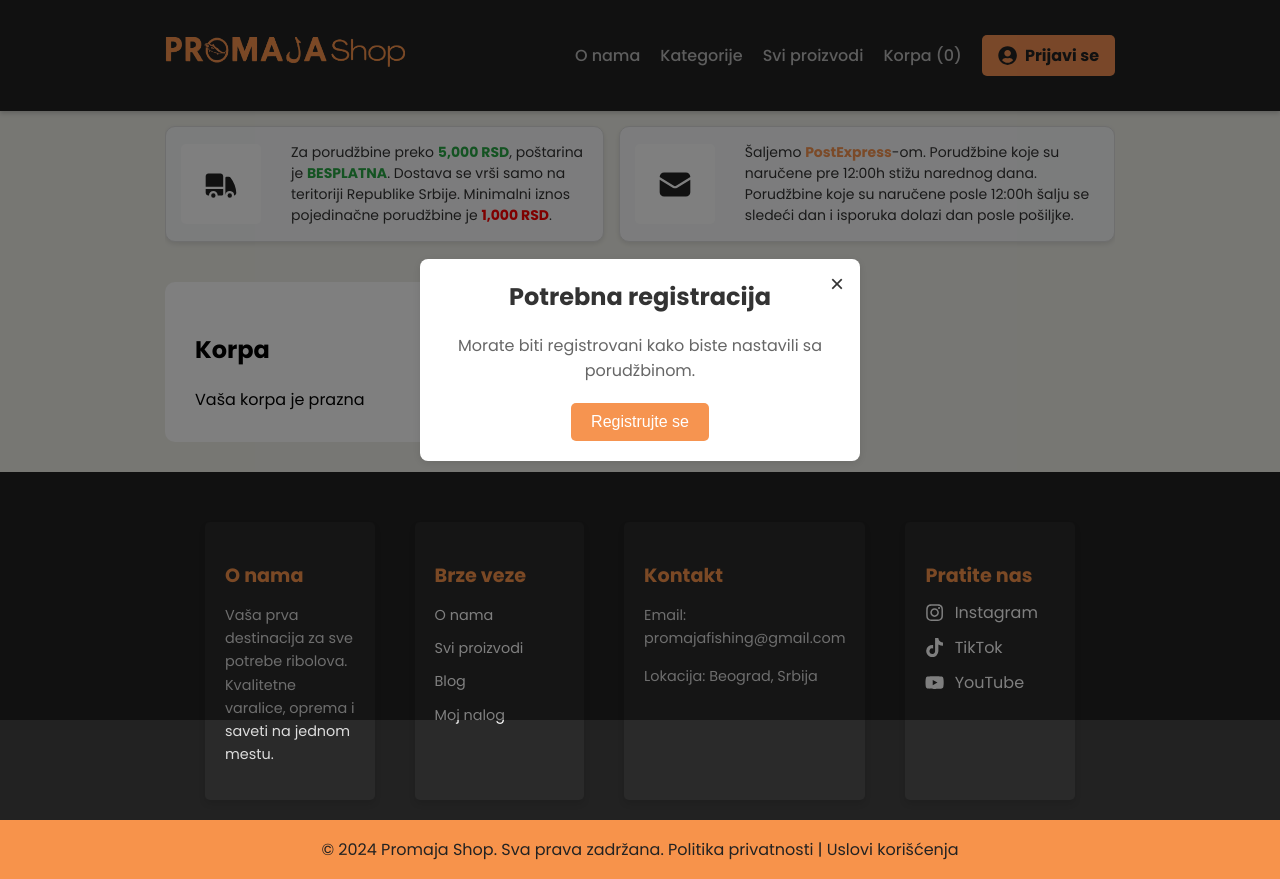
Repository: dimitrijekokovic/PromajaShopFront
Page: /cart
An editor plug-in stored every save of this project. The page is shown before and after the next save, followed by the edit.
The browser window is 1280 px wide. The pictures show the whole page.
The page's requests for data from a server got no answer. The project was rebuilt for these pictures with package versions that can differ from the ones it lists, and the page was loaded fresh each time. The framework's server and built-in components were replaced by stand-ins that run in the browser. No one was signed in, and anything a server would have sent is missing. Also part of the build but not shown: next.config.js, next.config.mjs, lib/colors.js, components/Button.js, components/Table.js, components/Input.js.

Above is the page before, as saved 2025-02-05 02:08:32.

### pages/_app.js
import React, { useEffect } from "react";
import { SessionProvider } from "next-auth/react";
import { CartContextProvider } from "@/components/CartContext";
import AOS from "aos";
import "aos/dist/aos.css";
import { AnimatePresence, motion } from "framer-motion";
import { createGlobalStyle } from "styled-components";


const GlobalStyles = createGlobalStyle`
  body {
    background-color: #EFEFE8;
    padding: 0;
    margin: 0;
    font-family: 'Poppins', sans-serif;
  }
`;

export default function App({ Component, pageProps, router }) {
  useEffect(() => {
    AOS.init({
      duration: 1200, // Trajanje animacija
      once: true, // Animacije se dešavaju samo jednom
    });
  }, []);

  return (
    <>
    <GlobalStyles />
    <SessionProvider session={pageProps.session}>
      <CartContextProvider>
        <AnimatePresence mode="wait">
          <motion.div
             key={router.route}
             initial={{ opacity: 0, }}
             animate={{ opacity: 1, }}
             exit={{ opacity: 0 }}
             transition={{ duration: 0.3 }}
          >
            <Component {...pageProps} />
          </motion.div>
        </AnimatePresence>
      </CartContextProvider>
    </SessionProvider>
    </>
  );
}

### pages/_document.js
import Document, { Html, Head, Main, NextScript } from "next/document";
import { ServerStyleSheet } from "styled-components";

export default class MyDocument extends Document {
  static async getInitialProps(ctx) {
    const sheet = new ServerStyleSheet();
    const originalRenderPage = ctx.renderPage;

    try {
      ctx.renderPage = () =>
        originalRenderPage({
          enhanceApp: (App) => (props) =>
            sheet.collectStyles(<App {...props} />),
        });

      const initialProps = await Document.getInitialProps(ctx);
      return {
        ...initialProps,
        styles: (
          <>
            {initialProps.styles}
            {sheet.getStyleElement()}
          </>
        ),
      };
    } finally {
      sheet.seal();
    }
  }

  render() {
    return (
      <Html lang="en">
        <Head>
          <link
            href="https://fonts.googleapis.com/css2?family=Poppins:wght@400;500;700&display=swap'"
            rel="stylesheet"
          />
        </Head>
        <body>
          <Main />
          <NextScript />
        </body>
      </Html>
    );
  }
}

### components/Center.js
import { Children } from "react";
import styled from "styled-components";

const StyledDiv = styled.div`
  max-width: 950px;
  margin: 0 auto;
  padding: 0;
  overflow: hidden;
  width: 100%;

  @media (max-width: 768px) {
    max-width: 100%;

  }
`;

export default function Center({ children }) {
  return <StyledDiv>{children}</StyledDiv>;
}

### components/Modal.js
import styled from "styled-components";

const Overlay = styled.div`
  position: fixed;
  top: 0;
  left: 0;
  width: 100%;
  height: 100%;
  background: rgba(0, 0, 0, 0.5);
  display: flex;
  justify-content: center;
  align-items: center;
  z-index: 1000;
`;

const ModalContent = styled.div`
  background: white;
  border-radius: 8px;
  padding: 20px;
  width: 90%;
  max-width: 400px;
  text-align: center;
  box-shadow: 0 2px 10px rgba(0, 0, 0, 0.1);
  position: relative;
`;

export const ModalHeader = styled.h2`
  margin-top: 0;
  color: #333;
`;

export const ModalText = styled.p`
  color: #666;
  font-size: 1rem;
  margin: 15px 0;
  text-align: center;
`;

export const ButtonWrapper = styled.div`
  display: flex;
  justify-content: center;
  gap: 10px;
  margin-top: 20px;
`;

export const ModalButton = styled.button`
  background: ${({ primary }) => (primary ? "#F69450" : "#F69150")};
  color: ${({ primary }) => (primary ? "#fff" : "#333")};
  border: none;
  border-radius: 5px;
  padding: 10px 20px;
  cursor: pointer;
  font-size: 1rem;
  transition: background 0.3s;

  &:hover {
    background: ${({ primary }) => (primary ? "#d6d6d6" : "#bbb")};
  }
`;

const CloseButton = styled.button`
    position: absolute;
    top: 10px;
    right: 10px;
    background: none;
    border: none;
    font-size: 1.5rem;
    cursor: pointer;
    color: #333;

    &:hover {
    color: #ff0000;
    }
`;

export default function Modal({ show, onClose, children }) {
  if (!show) return null;

  return (
    <Overlay onClick={onClose}>
      <ModalContent onClick={(e) => e.stopPropagation()}>
        <CloseButton onClick={onClose}>&times;</CloseButton>
        {children}
      </ModalContent>
    </Overlay>
  );
}

### components/CategoriesDropdown.js
import { useEffect, useState } from "react";
import styled from "styled-components";
import Link from "next/link";

const DropdownContainer = styled.div`
  position: relative;
`;

const Trigger = styled.div`
  cursor: pointer;
  color: ${(props) => (props.isActive ? "#ffa500" : "#bbbbbb")};
  font-size: 16px;
  font-weight: 500;

  &:hover {
    color: #fff;
  }

  @media (max-width: 768px) {
    font-size: 18px;
    padding: 10px;
    text-align: left;
  }
`;
const DropdownMenu = styled.ul`
  position: absolute;
  top: 100%;
  left: 0;
  background: #333;
  padding: 15px 20px;
  border-radius: 8px;
  box-shadow: 0 8px 15px rgba(0, 0, 0, 0.2);
  list-style: none;
  z-index: 10;
  display: ${(props) => (props.isOpen ? "block" : "none")};
  width: 250px;

  li {
    margin: 10px 0;
    font-size: 16px;
    position: relative;

    &:hover > ul {
      display: block;
    }
  }

  a {
    color: #fff;
    text-decoration: none;
    font-size: 15px;
    transition: all 0.3s ease-in-out;

    &:hover {
      color: #f7934b;
    }
  }

  @media (max-width: 768px) {
    display: none;
  }
`;

const SubMenu = styled.ul`
  position: absolute;
  top: 0;
  left: 100%;
  background: #444;
  padding: 10px 15px;
  border-radius: 8px;
  box-shadow: 0 8px 15px rgba(0, 0, 0, 0.2);
  list-style: none;
  display: none;
  width: 200px;

  li {
    margin-bottom: 10px;
  }

  a {
    color: #fff;
    text-decoration: none;
    font-size: 15px;

    &:hover {
      color: #f7934b;
    }
  }

  @media (max-width: 768px) {
    position: static;
    width: 100%;
    padding: 0;
    background: none;
    border: none;
    box-shadow: none;
  }
`;

const MobileMenu = styled.div`
  position: fixed;
  top: 0;
  left: 0;
  width: 100%;
  height: 100%;
  background: rgba(0, 0, 0, 0.95);
  color: #fff;
  z-index: 20;
  overflow-y: auto;
  padding: 20px;
  display: flex;
  flex-direction: column;
  align-items: flex-start;

  @media (min-width: 769px) {
    display: none;
  }

  button {
    position: absolute;
    top: 10px;
    right: 20px;
    background: none;
    border: none;
    color: #ffa500;
    font-size: 24px;
    font-weight: bold;
    cursor: pointer;
  }

  ul {
    list-style: none;
    padding: 0;
    margin: 0;
    text-align: left;
    width: 100%;
  }

  li {
    margin: 15px 0;
  }

  a {
    color: #fff;
    text-decoration: none;
    font-size: 18px;
    font-weight: bold;

    &:hover {
      color: #ffa500;
    }
  }
`;

const BackButton = styled.button`
  background: none;
  border: none;
  color: #ffa500;
  font-size: 18px;
  font-weight: bold;
  cursor: pointer;

  position: absoulte;
  left: 20px;
  top: 20px; /* Razmak od vrha */
`;

const CloseButton = styled.button`
  background: none;
  border: none;
  color: #ffa500;
  font-size: 18px;
  font-weight: bold;
  cursor: pointer;
  position: absolute;
  right: ;
  top: 20px; /* Razmak od vrha */
`;

export default function CategoriesDropdown() {
  const [categories, setCategories] = useState([]);
  const [isOpen, setIsOpen] = useState(false);
  const [currentMenu, setCurrentMenu] = useState("main"); // Track current menu (main or subcategories)
  const [showMobileMenu, setShowMobileMenu] = useState(false);
  let timeoutId;

  useEffect(() => {
    const fetchCategories = async () => {
      try {
        const res = await fetch("/api/categories");
        const data = await res.json();
        setCategories(data);
      } catch (error) {
        console.error("Greška pri učitavanju kategorija:", error);
      }
    };
    fetchCategories();
  }, []);

  const mainCategories = categories.filter((cat) => !cat.parent);

  const handleMouseEnter = () => {
    clearTimeout(timeoutId);
    setIsOpen(true);
  };

  const handleMouseLeave = () => {
    timeoutId = setTimeout(() => setIsOpen(false), 50);
  };

  const renderMenuItems = () => {
    if (currentMenu === "main") {
      return mainCategories.map((mainCategory) => (
        <li key={mainCategory._id}>
          <a
            href="#"
            onClick={(e) => {
              e.preventDefault();
              const hasSubcategories = categories.some(
                (cat) => cat.parent?._id === mainCategory._id
              );
              if (hasSubcategories) {
                setCurrentMenu(mainCategory._id);
              } else {
                setShowMobileMenu(false); // Zatvara hamburger meni
              }
            }}
          >
            {mainCategory.name}
          </a>
        </li>
      ));
    } else {
      const subCategories = categories.filter(
        (cat) => cat.parent?._id === currentMenu
      );
      return (
        <>
          <BackButton onClick={() => setCurrentMenu("main")}>← Nazad</BackButton>
          {subCategories.map((subCategory) => (
            <li key={subCategory._id}>
              <Link
                href={`/categories/${subCategory.slug}`}
                onClick={() => {
                  setShowMobileMenu(false); // Zatvara hamburger meni
                  setCurrentMenu("main"); // Resetuje meni na glavni
                }}
              >
                {subCategory.name}
              </Link>
            </li>
          ))}
        </>
      );
    }
  };

  return (
    <>
      <DropdownContainer
        onMouseEnter={handleMouseEnter}
        onMouseLeave={handleMouseLeave}
      >
        <Trigger onClick={() => setShowMobileMenu(true)}>Kategorije</Trigger>
        <DropdownMenu isOpen={isOpen}>{renderMenuItems()}</DropdownMenu>
      </DropdownContainer>

      {showMobileMenu && (
        <MobileMenu>
          <CloseButton  onClick={() => setShowMobileMenu(false)}>× Zatvori</CloseButton >
          <ul>{renderMenuItems()}</ul>
        </MobileMenu>
      )}
    </>
  );
}

Loaded but not shown: pages/cart.js (452 lines, source omitted); components/Footer.js (201 lines, source omitted); components/Header.js (162 lines, source omitted); components/CartContext.js (81 lines, source omitted)

After the next save:
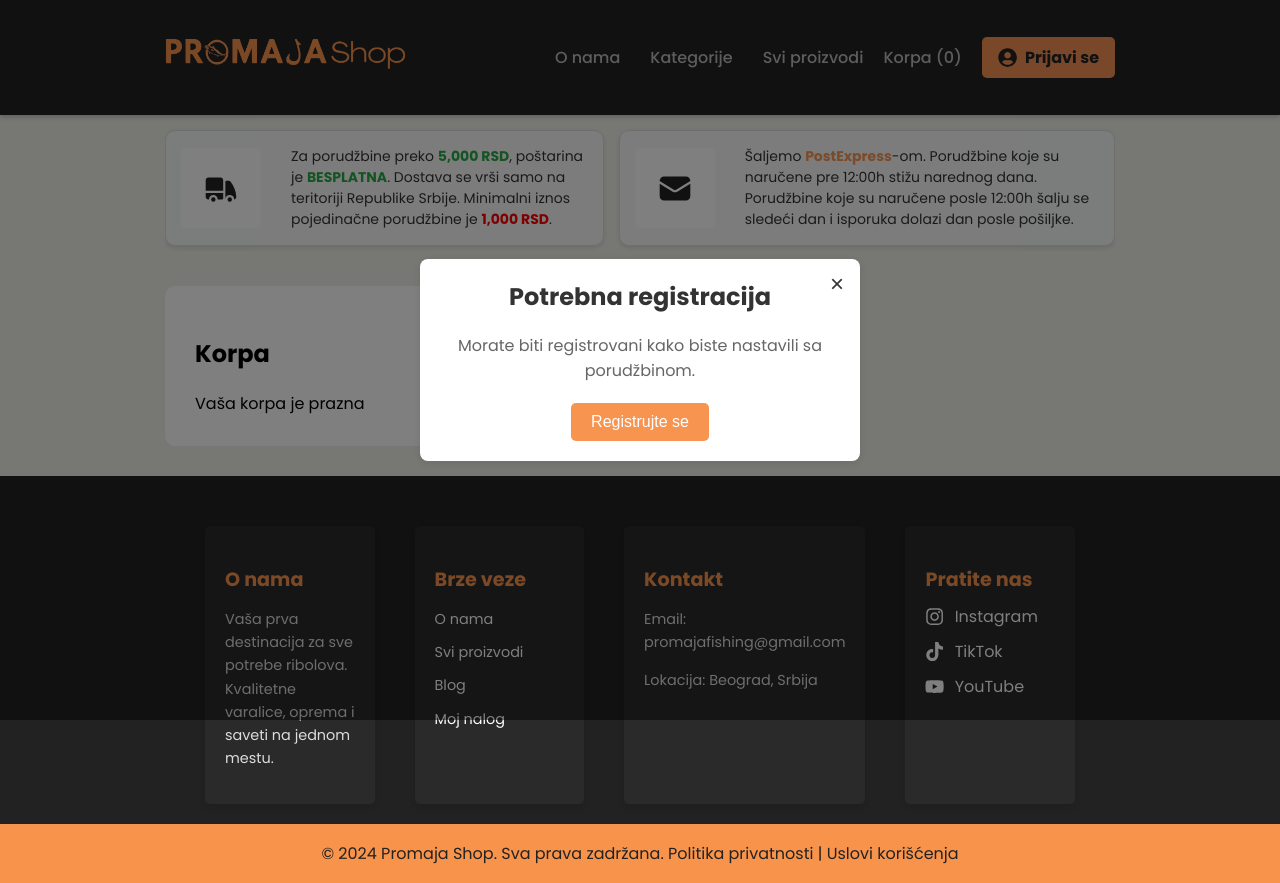
Saved 5 min 25 s later.
--- a/components/CategoriesDropdown.js
+++ b/components/CategoriesDropdown.js
@@ -1,9 +1,10 @@
-import { useEffect, useState } from "react";
+import { useEffect, useState, useRef } from "react";
 import styled from "styled-components";
 import Link from "next/link";
 
 const DropdownContainer = styled.div`
   position: relative;
+  display: inline-block;
 `;
 
 const Trigger = styled.div`
@@ -11,6 +12,8 @@
   color: ${(props) => (props.isActive ? "#ffa500" : "#bbbbbb")};
   font-size: 16px;
   font-weight: 500;
+  padding: 10px;
+  user-select: none;
 
   &:hover {
     color: #fff;
@@ -22,6 +25,7 @@
     text-align: left;
   }
 `;
+
 const DropdownMenu = styled.ul`
   position: absolute;
   top: 100%;
@@ -31,9 +35,11 @@
   border-radius: 8px;
   box-shadow: 0 8px 15px rgba(0, 0, 0, 0.2);
   list-style: none;
-  z-index: 10;
-  display: ${(props) => (props.isOpen ? "block" : "none")};
+  z-index: 9999;
   width: 250px;
+  opacity: ${(props) => (props.$isOpen ? "1" : "0")};
+  visibility: ${(props) => (props.$isOpen ? "visible" : "hidden")};
+  transition: opacity 0.3s ease-in-out, visibility 0.3s ease-in-out;
 
   li {
     margin: 10px 0;
@@ -159,10 +165,9 @@
   font-size: 18px;
   font-weight: bold;
   cursor: pointer;
-
-  position: absoulte;
+  position: absolute;
   left: 20px;
-  top: 20px; /* Razmak od vrha */
+  top: 20px;
 `;
 
 const CloseButton = styled.button`
@@ -173,16 +178,16 @@
   font-weight: bold;
   cursor: pointer;
   position: absolute;
-  right: ;
-  top: 20px; /* Razmak od vrha */
+  right: 20px;
+  top: 20px;
 `;
 
 export default function CategoriesDropdown() {
   const [categories, setCategories] = useState([]);
   const [isOpen, setIsOpen] = useState(false);
-  const [currentMenu, setCurrentMenu] = useState("main"); // Track current menu (main or subcategories)
+  const [currentMenu, setCurrentMenu] = useState("main");
   const [showMobileMenu, setShowMobileMenu] = useState(false);
-  let timeoutId;
+  const dropdownRef = useRef(null);
 
   useEffect(() => {
     const fetchCategories = async () => {
@@ -200,12 +205,12 @@
   const mainCategories = categories.filter((cat) => !cat.parent);
 
   const handleMouseEnter = () => {
-    clearTimeout(timeoutId);
+    clearTimeout(dropdownRef.current);
     setIsOpen(true);
   };
 
   const handleMouseLeave = () => {
-    timeoutId = setTimeout(() => setIsOpen(false), 50);
+    dropdownRef.current = setTimeout(() => setIsOpen(false), 200);
   };
 
   const renderMenuItems = () => {
@@ -222,7 +227,7 @@
               if (hasSubcategories) {
                 setCurrentMenu(mainCategory._id);
               } else {
-                setShowMobileMenu(false); // Zatvara hamburger meni
+                setShowMobileMenu(false);
               }
             }}
           >
@@ -242,8 +247,8 @@
               <Link
                 href={`/categories/${subCategory.slug}`}
                 onClick={() => {
-                  setShowMobileMenu(false); // Zatvara hamburger meni
-                  setCurrentMenu("main"); // Resetuje meni na glavni
+                  setShowMobileMenu(false);
+                  setCurrentMenu("main");
                 }}
               >
                 {subCategory.name}
@@ -257,17 +262,14 @@
 
   return (
     <>
-      <DropdownContainer
-        onMouseEnter={handleMouseEnter}
-        onMouseLeave={handleMouseLeave}
-      >
-        <Trigger onClick={() => setShowMobileMenu(true)}>Kategorije</Trigger>
-        <DropdownMenu isOpen={isOpen}>{renderMenuItems()}</DropdownMenu>
+      <DropdownContainer onMouseEnter={handleMouseEnter} onMouseLeave={handleMouseLeave}>
+        <Trigger>Kategorije</Trigger>
+        <DropdownMenu $isOpen={isOpen}>{renderMenuItems()}</DropdownMenu>
       </DropdownContainer>
 
       {showMobileMenu && (
         <MobileMenu>
-          <CloseButton  onClick={() => setShowMobileMenu(false)}>× Zatvori</CloseButton >
+          <CloseButton onClick={() => setShowMobileMenu(false)}>× Zatvori</CloseButton>
           <ul>{renderMenuItems()}</ul>
         </MobileMenu>
       )}

After the 2 saves that followed:
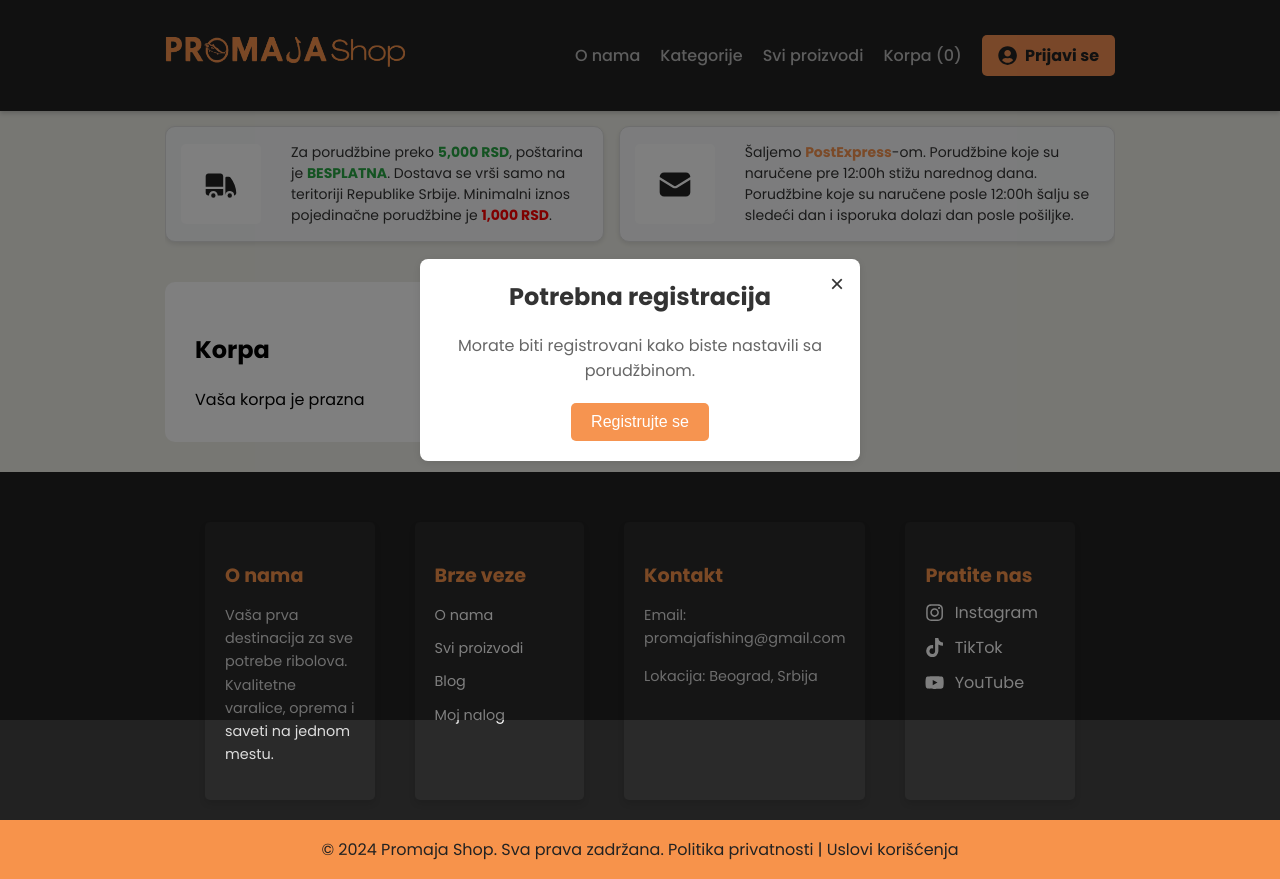
The 2 saves are shown as one change because 1 left the picture as it was.
The last was saved 74 s later.
--- a/components/CategoriesDropdown.js
+++ b/components/CategoriesDropdown.js
@@ -1,10 +1,9 @@
-import { useEffect, useState, useRef } from "react";
+import { useEffect, useState } from "react";
 import styled from "styled-components";
 import Link from "next/link";
 
 const DropdownContainer = styled.div`
   position: relative;
-  display: inline-block;
 `;
 
 const Trigger = styled.div`
@@ -12,8 +11,6 @@
   color: ${(props) => (props.isActive ? "#ffa500" : "#bbbbbb")};
   font-size: 16px;
   font-weight: 500;
-  padding: 10px;
-  user-select: none;
 
   &:hover {
     color: #fff;
@@ -25,7 +22,6 @@
     text-align: left;
   }
 `;
-
 const DropdownMenu = styled.ul`
   position: absolute;
   top: 100%;
@@ -35,11 +31,9 @@
   border-radius: 8px;
   box-shadow: 0 8px 15px rgba(0, 0, 0, 0.2);
   list-style: none;
-  z-index: 9999;
+  z-index: 10;
+  display: ${(props) => (props.isOpen ? "block" : "none")};
   width: 250px;
-  opacity: ${(props) => (props.$isOpen ? "1" : "0")};
-  visibility: ${(props) => (props.$isOpen ? "visible" : "hidden")};
-  transition: opacity 0.3s ease-in-out, visibility 0.3s ease-in-out;
 
   li {
     margin: 10px 0;
@@ -165,9 +159,10 @@
   font-size: 18px;
   font-weight: bold;
   cursor: pointer;
-  position: absolute;
+
+  position: absoulte;
   left: 20px;
-  top: 20px;
+  top: 20px; /* Razmak od vrha */
 `;
 
 const CloseButton = styled.button`
@@ -178,16 +173,16 @@
   font-weight: bold;
   cursor: pointer;
   position: absolute;
-  right: 20px;
-  top: 20px;
+  right: ;
+  top: 20px; /* Razmak od vrha */
 `;
 
 export default function CategoriesDropdown() {
   const [categories, setCategories] = useState([]);
   const [isOpen, setIsOpen] = useState(false);
-  const [currentMenu, setCurrentMenu] = useState("main");
+  const [currentMenu, setCurrentMenu] = useState("main"); // Track current menu (main or subcategories)
   const [showMobileMenu, setShowMobileMenu] = useState(false);
-  const dropdownRef = useRef(null);
+  let timeoutId;
 
   useEffect(() => {
     const fetchCategories = async () => {
@@ -205,12 +200,12 @@
   const mainCategories = categories.filter((cat) => !cat.parent);
 
   const handleMouseEnter = () => {
-    clearTimeout(dropdownRef.current);
+    clearTimeout(timeoutId);
     setIsOpen(true);
   };
 
   const handleMouseLeave = () => {
-    dropdownRef.current = setTimeout(() => setIsOpen(false), 200);
+    timeoutId = setTimeout(() => setIsOpen(false), 50);
   };
 
   const renderMenuItems = () => {
@@ -227,7 +222,7 @@
               if (hasSubcategories) {
                 setCurrentMenu(mainCategory._id);
               } else {
-                setShowMobileMenu(false);
+                setShowMobileMenu(false); // Zatvara hamburger meni
               }
             }}
           >
@@ -247,8 +242,8 @@
               <Link
                 href={`/categories/${subCategory.slug}`}
                 onClick={() => {
-                  setShowMobileMenu(false);
-                  setCurrentMenu("main");
+                  setShowMobileMenu(false); // Zatvara hamburger meni
+                  setCurrentMenu("main"); // Resetuje meni na glavni
                 }}
               >
                 {subCategory.name}
@@ -262,14 +257,17 @@
 
   return (
     <>
-      <DropdownContainer onMouseEnter={handleMouseEnter} onMouseLeave={handleMouseLeave}>
-        <Trigger>Kategorije</Trigger>
-        <DropdownMenu $isOpen={isOpen}>{renderMenuItems()}</DropdownMenu>
+      <DropdownContainer
+        onMouseEnter={handleMouseEnter}
+        onMouseLeave={handleMouseLeave}
+      >
+        <Trigger onClick={() => setShowMobileMenu(true)}>Kategorije</Trigger>
+        <DropdownMenu isOpen={isOpen}>{renderMenuItems()}</DropdownMenu>
       </DropdownContainer>
 
       {showMobileMenu && (
         <MobileMenu>
-          <CloseButton onClick={() => setShowMobileMenu(false)}>× Zatvori</CloseButton>
+          <CloseButton  onClick={() => setShowMobileMenu(false)}>× Zatvori</CloseButton >
           <ul>{renderMenuItems()}</ul>
         </MobileMenu>
       )}
